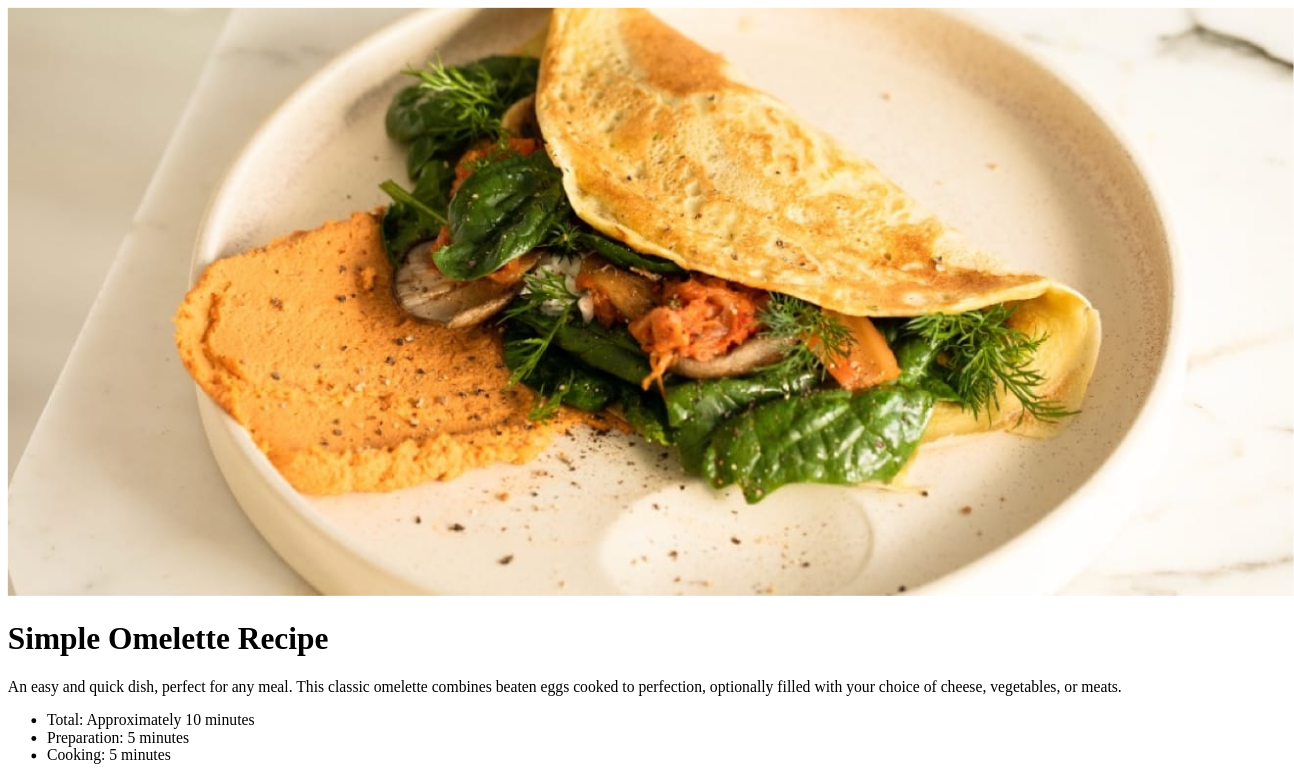
Repository: akbasliogulcan/omletterecipe
Page: index.html
These files come from the project's save history. The page is drawn as it stood at one moment and after the next save; the edit follows.
The browser window is 1280 px wide. The page is 1320 px wide, so the pictures cover 1320 px, including what lies to the right of the window. The pictures show the whole page, at 98% of full size.

Above is the page before, as saved 2025-07-20 17:14:19.

### index.html
<!DOCTYPE html>
<html lang="en">

<head>
  <meta charset="UTF-8">
  <meta name="viewport" content="width=device-width, initial-scale=1.0">
  <title>simple omelette recipe</title>
  <link rel="stylesheet" href="style.css">
</head>

<body>

  <div class="simple">
    <img src="./assets/images/image-omelette.jpeg" alt="omlette-icon">
    <h1> Simple Omelette Recipe</h1>
    <p>An easy and quick dish, perfect for any meal. This classic omelette combines beaten eggs cooked
      to perfection, optionally filled with your choice of cheese, vegetables, or meats.
    </p>

    <div class="preparation">
      <ul>
        <li> <span>Total: </span>Approximately 10 minutes
        </li>
        <li> <span>Preparation: </span>5 minutes</li>
        <li> <span>Cooking: </span>5 minutes</li>

      </ul>
    </div>

  </div>



</body>

</html>

Loaded but not shown: style.css (no stored copy; drawn as an empty file)

After the next save:
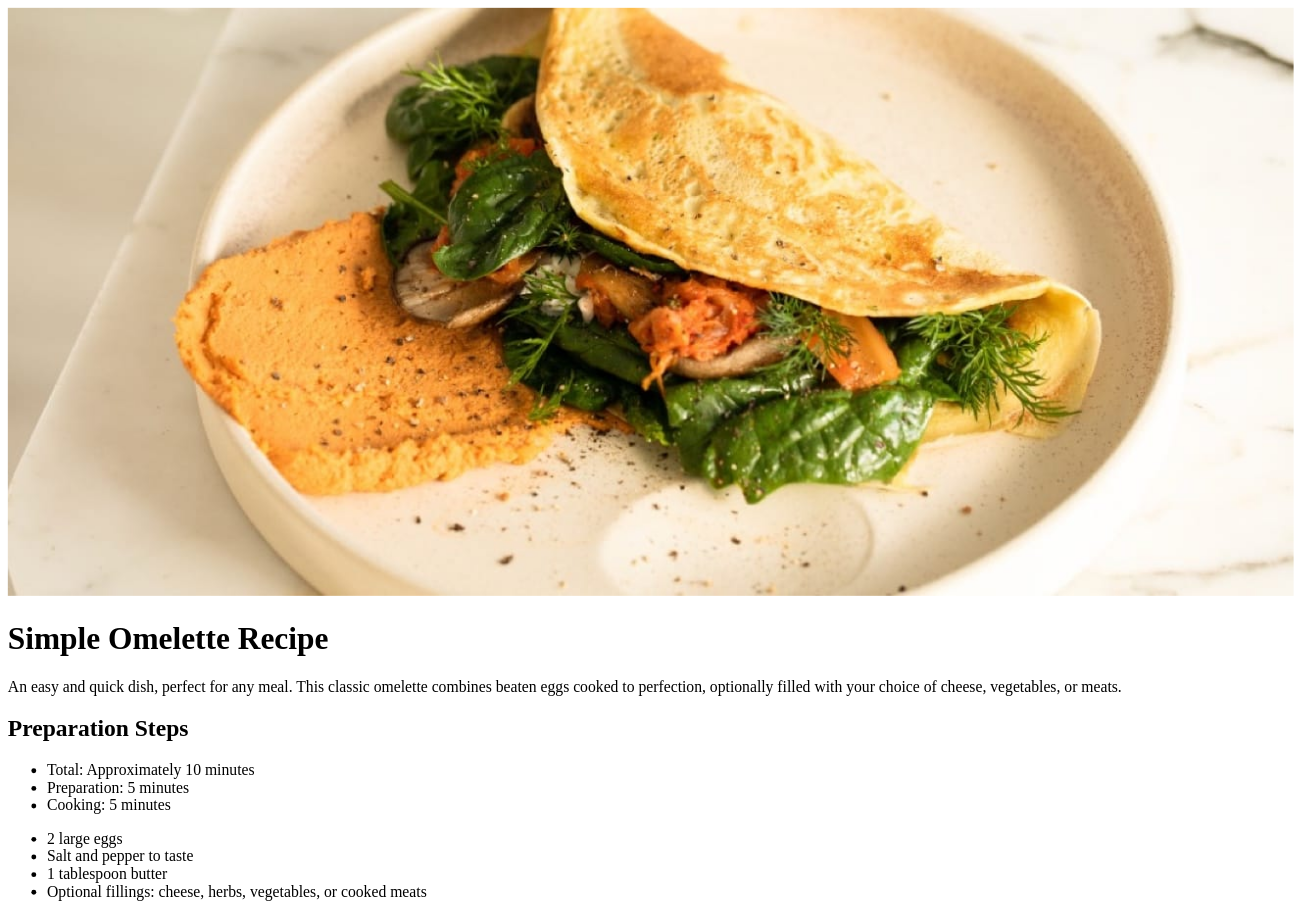
Saved 66 s later.
--- a/index.html
+++ b/index.html
@@ -18,12 +18,22 @@
     </p>
 
     <div class="preparation">
+      <h2>Preparation Steps</h2>
       <ul>
         <li> <span>Total: </span>Approximately 10 minutes
         </li>
         <li> <span>Preparation: </span>5 minutes</li>
         <li> <span>Cooking: </span>5 minutes</li>
 
+      </ul>
+    </div>
+
+    <div class="ingredients">
+      <ul>
+        <li>2 large eggs</li>
+        <li>Salt and pepper to taste</li>
+        <li>1 tablespoon butter</li>
+        <li>Optional fillings: cheese, herbs, vegetables, or cooked meats</li>
       </ul>
     </div>
 
